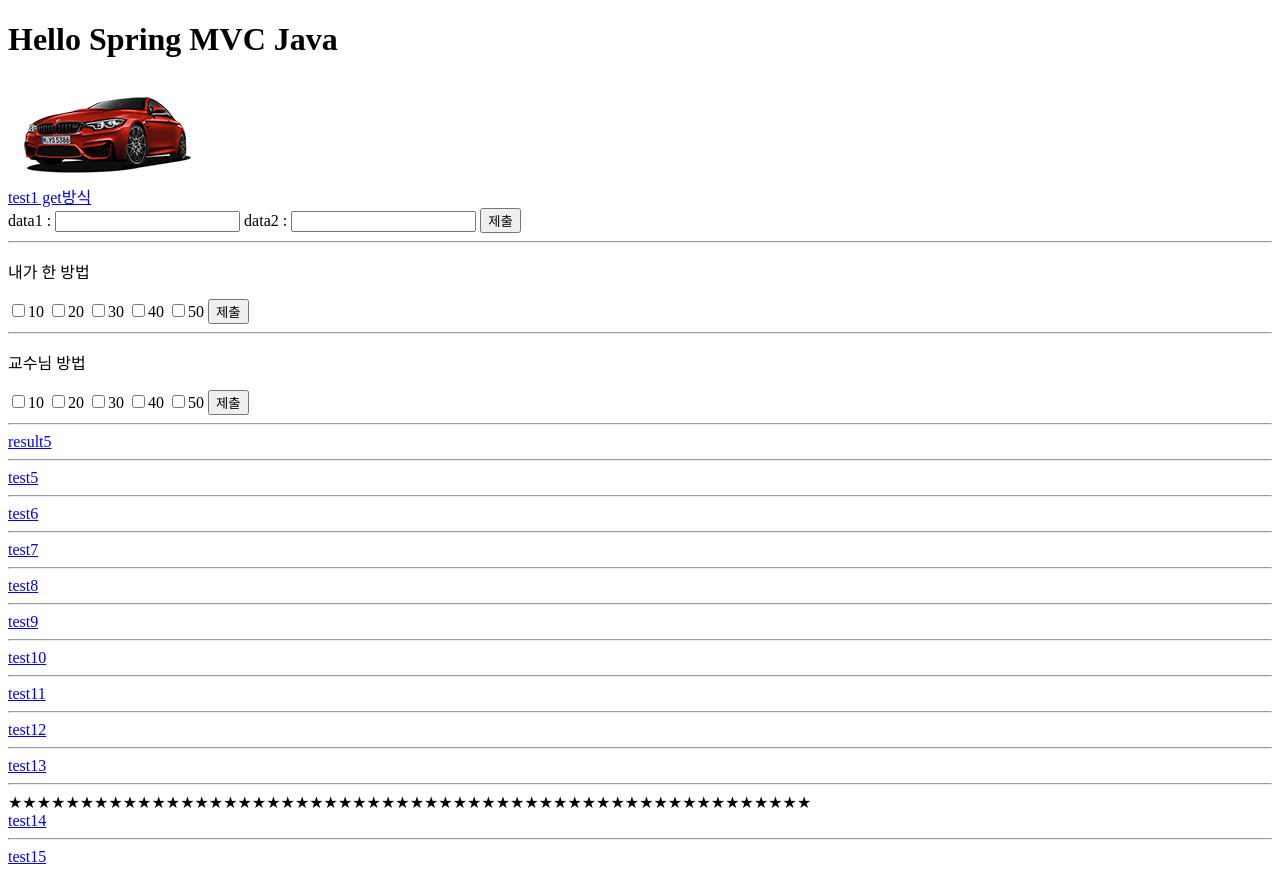
Repository: kangseongwuk/Spring
Page: http://localhost/WebSpringSample3_parameter/WEB-INF/views/index.jsp
The author's editor kept a copy of each file at every save. The page is drawn from the files as they stood at one save, then again after the next save.
The browser window is 1280 px wide. The pictures show the whole page.
The page is served by Tomcat 9. Nobody is signed in. Other server files are loaded and not shown. The template is opened directly, without the code that normally fills it, so the values that code supplies are empty.

Above is the page before, as saved 2022-10-11 08:16:27.
Console error: TypeError: Cannot read properties of null (reading 'checked')

### WebSpringSample3_parameter/src/main/webapp/WEB-INF/views/index.jsp
<%@ page language="java" contentType="text/html; charset=UTF-8"
    pageEncoding="UTF-8"%>
<!DOCTYPE html>
<html>
<head>
<meta charset="UTF-8">
<title>Insert title here</title>
<script type="text/javascript">
	if(document.getElementById("data1").checked){
		document.getElementByID("data1_hidden").disabled=true;
	}
	if(document.getElementById("data2").checked){
		document.getElementByID("data2_hidden").disabled=true;
	}
	if(document.getElementById("data3").checked){
		document.getElementByID("data3_hidden").disabled=true;
	}
	if(document.getElementById("data4").checked){
		document.getElementByID("data4_hidden").disabled=true;
	}
	if(document.getElementById("data5").checked){
		document.getElementByID("data5_hidden").disabled=true;
	}
</script>
</head>
<body>
	<h1>Hello Spring MVC Java</h1>
	<img src="image/bmwmodel_205.png"/><br>
	<a href="test1?data1=100&data2=200">test1 get방식</a><br>

	<form action="result2">
		<label>data1 : <input type="text" name=data1></label>
		<label>data2 : <input type="text" name=data2></label>
		<label><input type="submit" value="제출" ></label>
	</form>

	<hr>
	<p>내가 한 방법</p>
	<form action="result3" method="get">
	<input type="checkbox" value="10" name=data1>10
	<input type="hidden" value="0" name=data1 id=data1_hidden/>
	<input type="checkbox" value="20" name=data2>20
	<input type="hidden" value="0" name=data2 id=data2_hidden/>
	<input type="checkbox" value="30" name=data3>30
	<input type="hidden" value="0" name=data3 id=data3_hidden/>
	<input type="checkbox" value="40" name=data4>40
	<input type="hidden" value="0" name=data4 id=data4_hidden/>
	<input type="checkbox" value="50" name=data5>50
	<input type="hidden" value="0" name=data5 id=data5_hidden/>
	<input type="submit" value="제출">
	</form>
	<hr>
	<p>교수님 방법</p>
	<form action="result4" method="get">
	<input type="checkbox" value="10" name=data_3>10
	<input type="checkbox" value="20" name=data_3>20
	<input type="checkbox" value="30" name=data_3>30
	<input type="checkbox" value="40" name=data_3>40
	<input type="checkbox" value="50" name=data_3>50
	<input type="submit" value="제출">
	</form>
	<hr>
	<a href="result5?data1=100&data2=200&data3=300&data4=400&data5=500">result5</a>
	<hr>
	<a href="test5/100/200/300/400/500">test5</a>
	<hr>
	<a href="test6?data1=100&data2=200&data3=300&data4=400&data5=500">test6</a>
	<hr>
	<a href="test7?data1=100&data2=200&data3=300&data4=400&data5=500">test7</a>
	<hr>
	<a href="test8?data1=100&data2=200&data3=300">test8</a>
	<hr>
	<a href="test9?data1=100&data2=200&data3=300">test9</a>
	<hr>
	<a href="test10?data1=100&data2=200&data3=300">test10</a>
	<hr>
	<a href="test11?data1=100&data2=200&data3=300">test11</a>
	<hr>
	<a href="test12?data1=100&data2=200&data3=300">test12</a>
	<hr>
	<a href="test13?data1=100&data2=200&data2=300&data2=400">test13</a>
	<hr>
	<span>★★★★★★★★★★★★★★★★★★★★★★★★★★★★★★★★★★★★★★★★★★★★★★★★★★★★★★★★</span><br>
	<a href="test14?data1=100&data2=200&data2=300&data2=400">test14</a>
	<hr>
	<a href="test15?data1=100&data2=200&data2=300&data2=400&data3=500&data4=600&data4=700">test15</a>




</body>
</html>

<!--
.요청 방식 지정하기

Spring MVC 는 요청 주소별로 메서드를 정의할 수도 있지만 같은 요청 주소에서 요청 방식에 따라 메서드를 정의할 수도 있습니다.
GET, POST, PUT, DELELTE, PATCH 에 대해 처리할 수 있습니다.

@RequestMapping
RequestMapping 어노테이션은 요청 주소 셋팅 뿐만 아니라 요청 방식도 설정할 수 있습니다.

@RequestMapping(value = "/test1", method = RequestMethod.GET)
public String test1() {
	return "test1";
}

요청 어노테이션

RequestMapping 대신 요청별로 제공되는 어노테이션을 사용할 수도 있습니다.
@GetMapping("/test4")
public String test4() {
	return "test4";
}

@PostMapping("/test5")
public String test5() {
	return "test5";
}


동시에 설정하기

RequestMapping은 요청 방식들을 동시에 설정할 수 있습니다.

@RequestMapping(value = "/test7", method = {RequestMethod.GET, RequestMethod.POST})
public String test7() {
	return "test7";
}
 -->


<!--
 Parameter 추출하기
-------------------------
클라이언트 요청 발생 시 전달하는 파라미터 데이터를 손쉽게 주입 받을 수 있도록 다양한 방식을 제공하고 있습니다.
Spring MVC는 Servlet/JSP 처럼 요청 방식에 따라 파라미터 추출하는 방식이 달라지지는 않습니다.

 - HttpServletRequest 사용하기
 1) Spring MVC는 필요한 객체나 데이터는 주입을 받아 사용하게 됩니다.
 2) Servlet/JSP에서 파라미터 데이터를 추출할 때 HttpServletRequest request 객체를 통하게 되는데
    Spring MVC에서 이 객체를 주입 받아 사용할 수 있습니다.
 3) 파라미터 추출 뿐만 아니라 HttpServletRequest 객체가 필요할 경우 사용하면 됩니다.

	@GetMapping("/test1")
	public String test1(HttpServletRequest request) {

	String data1 = request.getParameter("data1");
	String data2 = request.getParameter("data2");
	String [] data3 = request.getParameterValues("data3");

				… 생략
	}


 - WebRequest 사용하기
   WebRequest는 HttpServletRequest 클래스를 확장한 클래스입니다.

  @GetMapping("/test3")
   public String test3(WebRequest request) {

   String data1 = request.getParameter("data1");
   String data2 = request.getParameter("data2");
   String [] data3 = request.getParameterValues("data3");

   				 …생략…
   }


 - @PathVariable
     데이터가 요청 주소에 있을 경우 값을 주입 받을 수 있는 어노테이션입니다.
   Restful API 서버 프로그래밍시 많이 사용하는 방식입니다.
            데이터1/2/3
      요청주소/값1/값2/값3

	형 변환
	@GetMapping("/test4/{data1}/{data2}/{data3}")
	public String test4(@PathVariable int data1,
					    @PathVariable int data2,
			 			@PathVariable int data3) {
			 	.........
	}

- @RequestParam
	1) 파라미터 데이터를 직접 주입 받을 수 있습니다.
	2) 지정된 변수의 이름과 파라미터의 이름이 같을 경우 값을 주입 받습니다.
	3) 가능한 경우 형 변환도 처리해줍니다.
	4) value : 파라미터의 이름과 변수의 이름이 다를 경우 파라미터 이름을 지정합니다.
	5) required : false를 설정하면 지정된 이름의 파라미터가 없을 경우 null이 주입되고,
		있으면 넘어온 값으로 됩니다.(문자인 경우)
	6) (defaultValue = "0")설정하면 기본값으로 설정되고,  있으면 넘어온 값으로 됩니다.

	@GetMapping("/test7")
	public String test7(@RequestParam(value = "data1") String value1,
			  @RequestParam(value = "data2", required = false) String value2,
			  @RequestParam(value = "data3", defaultValue = "default") String value3) {

			  ..........
	 }

 -->

<!--
★★★★★★★★★★★★★★★★★★★★★★★★★★★★★★★★★★★★★★★★★★★★★★★★★★★★★★★★★★★★★★★★★★
★★★★★★★★★★★★★★★★★★★★★★★★★★★★★★★★★★★★★★★★★★★★★★★★★★★★★★★★★★★★★★★★★★
★★★★★★★★★★★★★★★★★★★★★★★★★★★★★★★★★★★★★★★★★★★★★★★★★★★★★★★★★★★★★★★★★★
★★★★★★★★★★★★★★★★★★★★★★★★★★★★★★★★★★★★★★★★★★★★★★★★★★★★★★★★★★★★★★★★★★
객체로 파라미터 주입받기
-----------------------------
 - Map으로 주입 받기
 1) 클라이언트가 전달 하는 모든 파라미터 데이터를 한번에 Map으로 받을 수 있습니다.
 2) 단, 동일 명으로 전달되는 2개 이상의 파라미터는 하나만 담기게 됩니다.
 3) 동일명으로 전달되는 파라미터가 2개 이상이라면 List로 주입 받아야 합니다.

  public String test1(@RequestParam Map<String, String> map,
		  @RequestParam List<String> data3) {

	}

 - @ModelAttribute
  1) ModelAttribute 어노테이션을 사용하면 파라미터를 객체로 주입받을 수 있습니다.
  2) 전달되는 파라미터의 이름과 동일한 프로퍼티에 자동으로 주입됩니다.
  3) 이 어노테이션은 생략이 가능합니다. 이러한 객체를 커맨드 객체(Command Object)라고 부릅니다.

  public String test2(@ModelAttribute DataBean1 bean1,
		      @ModelAttribute DataBean2 bean2) {

  }



.ViewResolver
------------------
  - 컨트롤러에서 전달 받은 View의 이름을 토대로 jsp를 찾아 선택하고 jsp 데이터를 분석해 응답결과를 만들어 전달하는 요소 입니다.
본 과정에서는 ViewResolver가 사용할 View의 이름을 지정하는 방법과 jsp 를 통해 응답 결과를 만들 때 필요한 데이터를 전달하는 방법에 대해 살펴봅니다


 - HttpServletRequest
 - Spring MVC는 jsp 를 처리할 때 HttpServletRequest 객체를 jsp 쪽으로 전달합니다.
ViewResolver는 이를 이용해 JSP 작업시 데이터를 사용할 수 있습니다.

  public String test2(HttpServletRequest request) {
     request.setAttribute("value1", 100);
     request.setAttribute("value2", 200);
     return "test2";
}

 - Model
Model 객체를 주입 받아 셋팅하면 HttpServletRequest 객체에 담겨 이를 JSP로 전달할 수 있습니다.

public String test3(Model model) {
model.addAttribute("value3", 300);
model.addAttribute("value4", 400);
return "test3";
}

 - ModelAndView

ModelAndView는 Model에 값을 셋팅하는 기능과 View의 이름을 지정하는 기능을 모두 가지고 있습니다.
public ModelAndView test5(ModelAndView mv) {
mv.addObject("value3000", 3000);
mv.addObject("value4000", 4000);
mv.setViewName("test5");
return mv;
}

ViewResolver에 의해 JSP가 실행되고 응답결과가 만들어집니다.
Controller 에서 View를 지정할 때 ViewResolver가 사용할 데이터를 Request 영역에 저장할 수 있습니다.


.커맨드 객체
-------------------
 클라이언트가 전달해 주는 파라미터 데이터를 주입 받기 위해 사용하는 객체

 - Request를 통해 전달
@PostMapping("/test1")
public String test1(@ModelAttribute DataBean bean) {
	return "test1";
}


커맨드 객체는 HttpServletRequest 객체에 자동으로 담기고 jsp로 전달됩니다.
이 때, HttpServletRequest 객체에 저장되는 이름은 클래스의 이름으로 결정됩니다.
@PostMapping("/test1")
public String test1(@ModelAttribute DataBean bean) {
	return "test1";
}

<h3>data1 : ${requestScope.dataBean.data1 }</h3>
<h3>data2 : ${requestScope.dataBean.data2 }</h3>

 - 저장되는 이름 설정
HttpServletRequest에 저장되는 이름을 지정하고 싶다면 ModelAttribute 어노테이션에 지정하면 됩니다.
@PostMapping("/test2")
public String test2(@ModelAttribute("testData") DataBean bean) {
	return "test2";
}

<h3>data1 : ${requestScope.testData.data1 }</h3>
<h3>data2 : ${requestScope.testData.data2 }</h3>







  -->

After the next save:
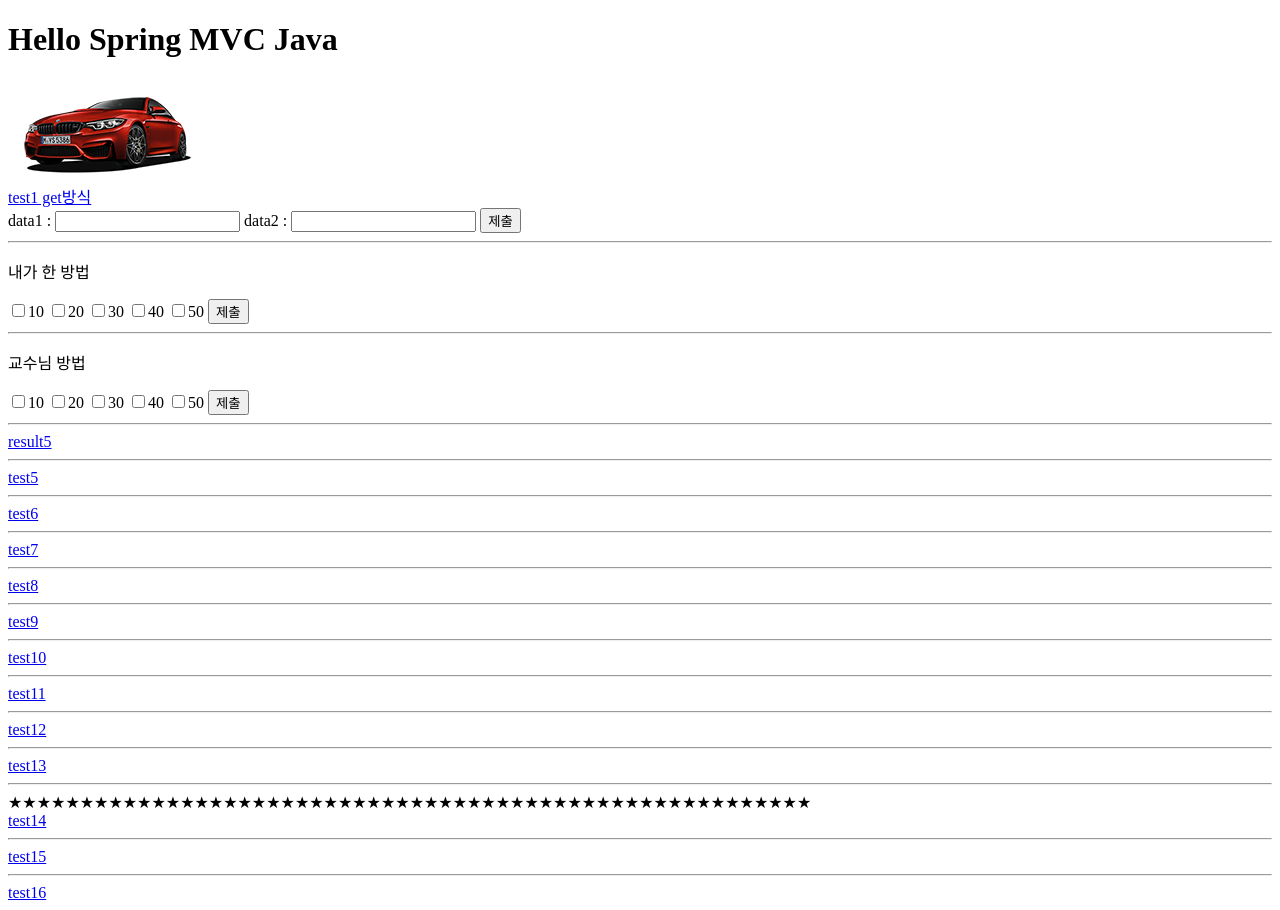
Saved 28 s later.
--- a/WebSpringSample3_parameter/src/main/webapp/WEB-INF/views/index.jsp
+++ b/WebSpringSample3_parameter/src/main/webapp/WEB-INF/views/index.jsp
@@ -84,6 +84,8 @@
 	<a href="test14?data1=100&data2=200&data2=300&data2=400">test14</a>
 	<hr>
 	<a href="test15?data1=100&data2=200&data2=300&data2=400&data3=500&data4=600&data4=700">test15</a>
+	<hr>
+	<a href="test16?data1=100&data2=200&data2=300&data2=400&data3=500&data4=600&data4=700">test16</a>
 
 
 
